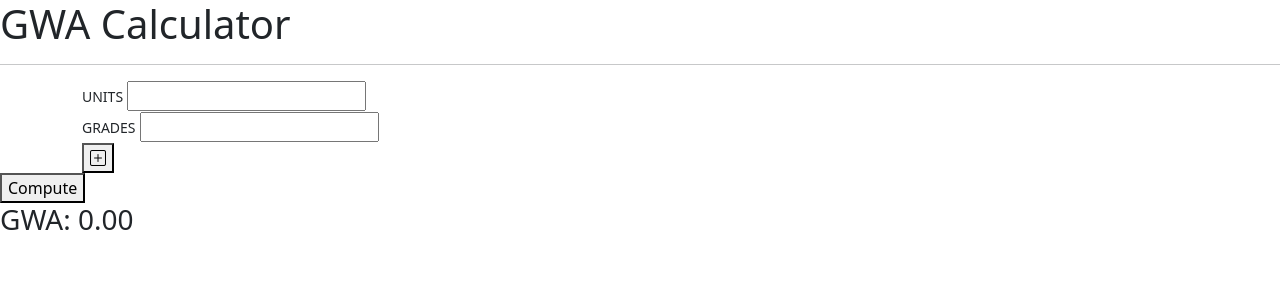
Repository: yonora/GWACalculator
Page: index.html
An editor plug-in stored every save of this project. The page is shown before and after the next save, followed by the edit.
The browser window is 1280 px wide. The pictures show the whole page.

Above is the page before, as saved 2025-01-07 22:34:29.

### index.html
<!DOCTYPE html>
<html lang="en">
<head>
    <meta charset="UTF-8">
    <meta name="viewport" content="width=device-width, initial-scale=1.0">
    <link rel="stylesheet" href="https://cdn.jsdelivr.net/npm/bootstrap@5.3.3/dist/css/bootstrap.min.css">
    <link rel="stylesheet" href="https://cdn.jsdelivr.net/npm/bootstrap-icons@1.11.3/font/bootstrap-icons.min.css">
    <script src="js.js"></script>
    <title>GWA Calculator</title>
</head>
<body>
    <h1>GWA Calculator</h1>
    <hr>
    <div class="container" id="container">
        <div class="grade-container" id="1">
            <div class="col-auto">
                <label class="col-form-label-sm">UNITS</label>
                <!-- <input type="number" class="col-form-control units"  min="1" oninput="getGWA()">  -->
                <input type="number" class="col-form-control units"  min="1">
            </div>
            <div class="col-auto">
                <label class="col-form-label-sm">GRADES</label>
                <!-- <input type="text" class="col-form-control grades" oninput="getGWA()"> -->
                <input type="text" class="col-form-control grades">
            </div>
            <button class="col-auto add" onclick="add()"><i class="bi bi-plus-square"></i></button>
        </div>
    </div>
    <button class="col-auto compute" onclick="getGWA()">Compute</button>
    <h3>GWA: <span id="gwa">0.00</span></h3>
</body>
</html>

### js.js
function add(){
    const container = document.getElementById('container');
    var lastIndex = document.querySelectorAll('.grade-container');
    console.log(`legth: ${lastIndex.length}`);
    lastIndex = lastIndex[lastIndex.length - 1];
    lastIndex = parseFloat(lastIndex.id);
    lastIndex++;
    console.log(`index: ${lastIndex}`);
    container.insertAdjacentHTML(
        'beforeend',
        `<div class="grade-container" id=${lastIndex}>
            <div class="col-auto">
                <label class="col-form-label-sm">UNITS</label>
                <!--<input type="number" class="col-form-control units" min="1" oninput="getGWA()"> -->
                <input type="number" class="col-form-control units" min="1">
            </div>
            <div class="col-auto">
                <label class="col-form-label-sm">GRADES</label>
                <!--<input type="text" class="col-form-control grades" oninput="getGWA()">-->
                <input type="text" class="col-form-control grades">
            </div>
            <button class="col-auto add " onclick="add()"><i class="bi bi-plus-square"></i></button>
        </div>`
    );
    var previousContainer = document.querySelectorAll('.grade-container');
    previousContainer = previousContainer[previousContainer.length - 2];
    console.log(`last index: ${previousContainer.id}`);
    previousContainer.insertAdjacentHTML(
        'beforeend',
        `<button class="col-auto remove" onclick="remove(${previousContainer.id})"><i class="bi bi-x"></i></button>`
    );
    var add = document.querySelectorAll('.add');
    add = add[add.length - 2];
    add.remove();
}

function remove(id){
    var row = document.getElementById(`${id}`)
    row.remove();
    getGWA();
}

function getUnits(units, grades){
    var totalUnits = 0;

    for(let i=0; i<units.length; i++){
        const unit = parseFloat(units[i].value);
        const grade = parseFloat(grades[i].value);
        if (grade > 0){
            totalUnits += unit;
        }
    }
    return totalUnits;
}


function getGWA(){
    const grades = document.querySelectorAll('.grades');
    const units = document.querySelectorAll('.units');
    const totalUnits = getUnits(units, grades);
    var gwa = 0.00;

    for(let i=0; i<grades.length; i++){
        let unit = parseFloat(units[i].value) || 0;
        let grade = parseFloat(grades[i].value) || 0;
        console.log(grade, unit);
        gwa += (grade * unit) / totalUnits;
        console.log(gwa);
        document.getElementById('gwa').innerHTML = gwa.toFixed(2);
    }
}

After the next save:
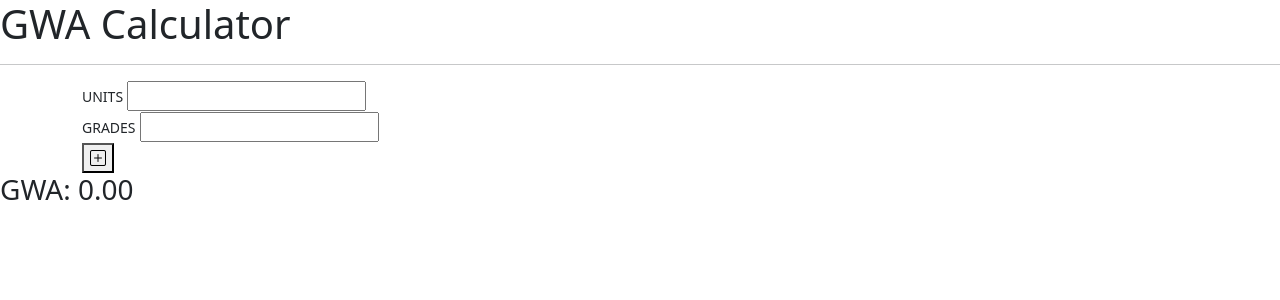
Saved 67 s later.
--- a/index.html
+++ b/index.html
@@ -15,18 +15,18 @@
         <div class="grade-container" id="1">
             <div class="col-auto">
                 <label class="col-form-label-sm">UNITS</label>
-                <!-- <input type="number" class="col-form-control units"  min="1" oninput="getGWA()">  -->
-                <input type="number" class="col-form-control units"  min="1">
+                <input type="number" class="col-form-control units"  min="1" oninput="getGWA()">
+                <!-- <input type="number" class="col-form-control units"  min="1">  -->
             </div>
             <div class="col-auto">
                 <label class="col-form-label-sm">GRADES</label>
-                <!-- <input type="text" class="col-form-control grades" oninput="getGWA()"> -->
-                <input type="text" class="col-form-control grades">
+                <input type="text" class="col-form-control grades" oninput="getGWA()">
+                <!-- <input type="text" class="col-form-control grades"> -->
             </div>
             <button class="col-auto add" onclick="add()"><i class="bi bi-plus-square"></i></button>
         </div>
     </div>
-    <button class="col-auto compute" onclick="getGWA()">Compute</button>
+    <!-- <button class="col-auto compute" onclick="getGWA()">Compute</button> -->
     <h3>GWA: <span id="gwa">0.00</span></h3>
 </body>
 </html>
